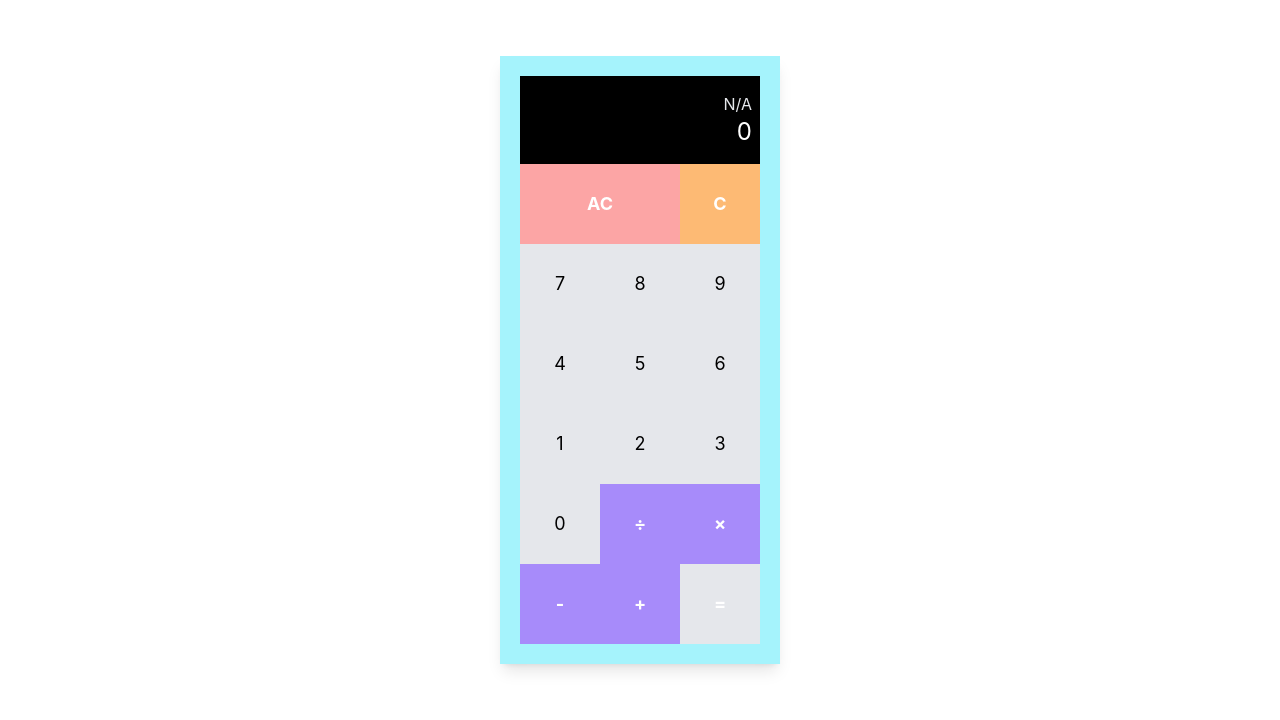
Repository: BrianPhamDev/calculator_app
Page: /
The author's editor kept a copy of each file at every save. The page is drawn from the files as they stood at one save, then again after the next save.
The browser window is 1280 px wide. The pictures show the whole page.
The project was rebuilt for these pictures with package versions that can differ from the ones it lists, and the page was loaded fresh each time. Also part of the build but not shown: vite.config.js.

Above is the page before, as saved 2024-01-09 14:50:17.

After the next save:
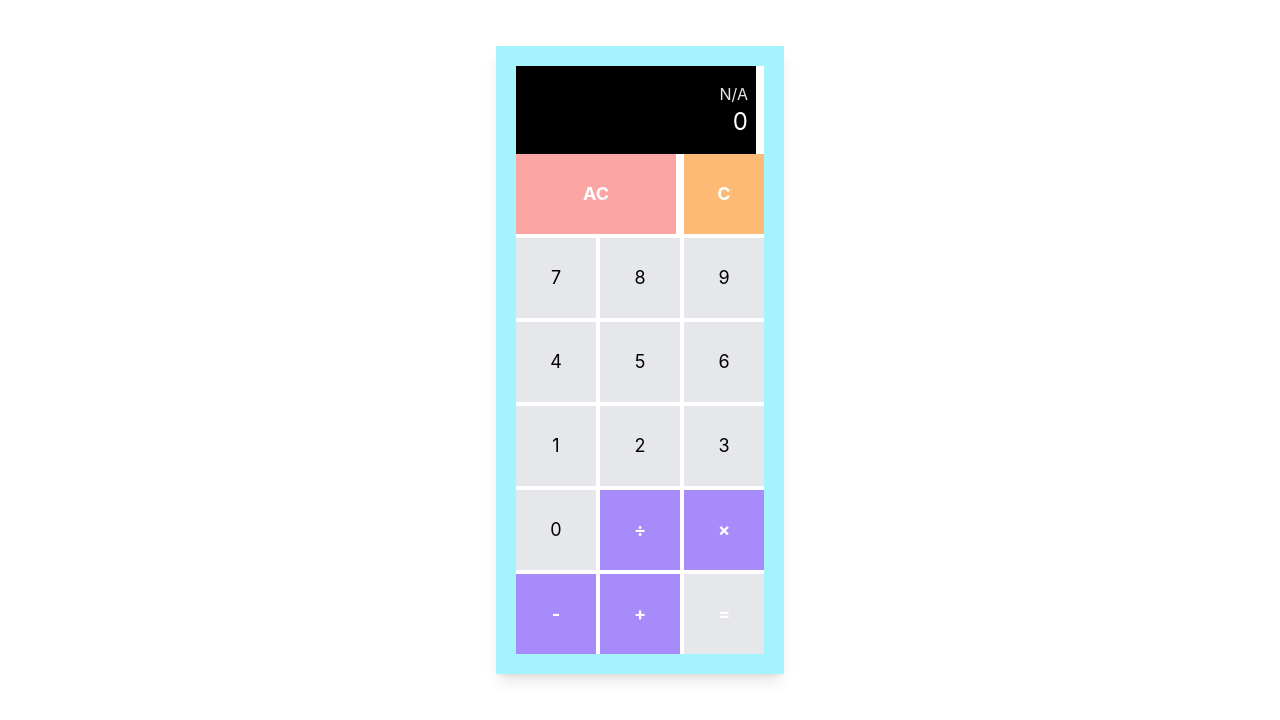
Saved 12 s later.
--- a/src/components/Calculator.jsx
+++ b/src/components/Calculator.jsx
@@ -22,7 +22,7 @@
         <div className="current text-2xl">{current || "0"}</div>
       </div>
 
-      <div className="grid grid-cols-3">
+      <div className="grid grid-cols-3 gap-1">
         {calculatorButtons.map((button) => {
           return (
             <div

After the save that followed:
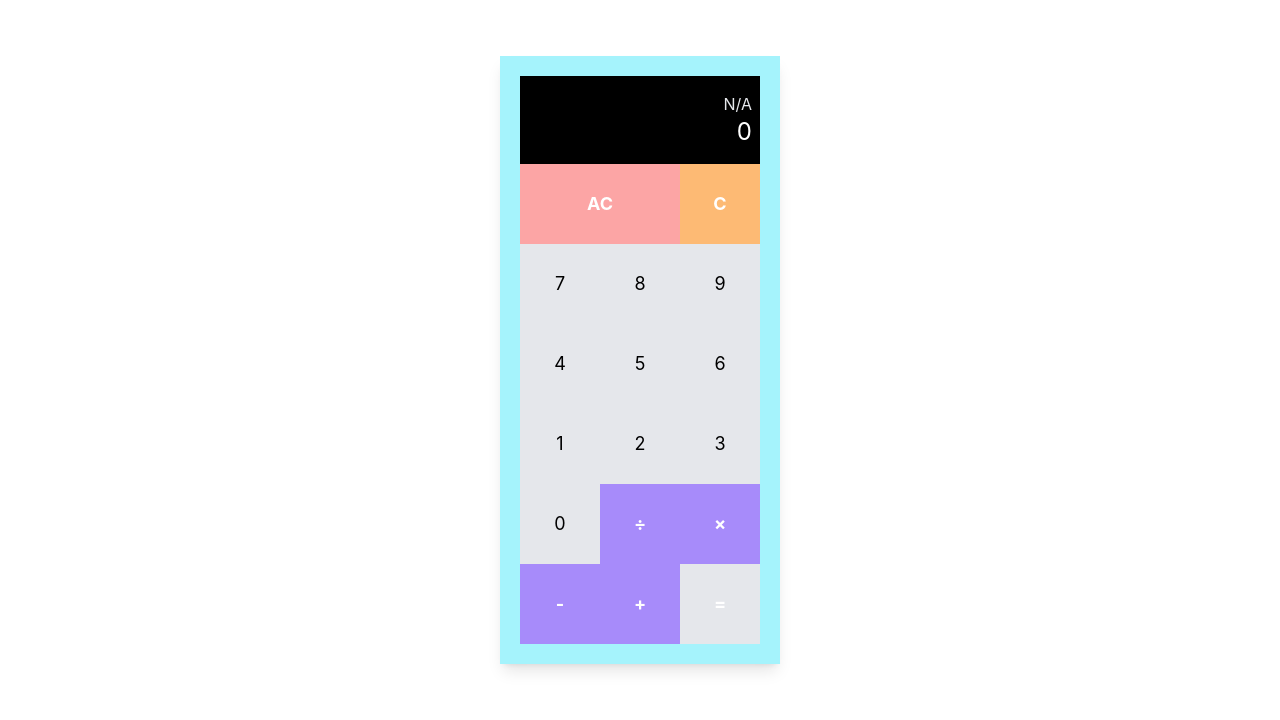
Saved 5 s later.
--- a/src/components/Calculator.jsx
+++ b/src/components/Calculator.jsx
@@ -22,7 +22,7 @@
         <div className="current text-2xl">{current || "0"}</div>
       </div>
 
-      <div className="grid grid-cols-3 gap-1">
+      <div className="grid grid-cols-3">
         {calculatorButtons.map((button) => {
           return (
             <div
